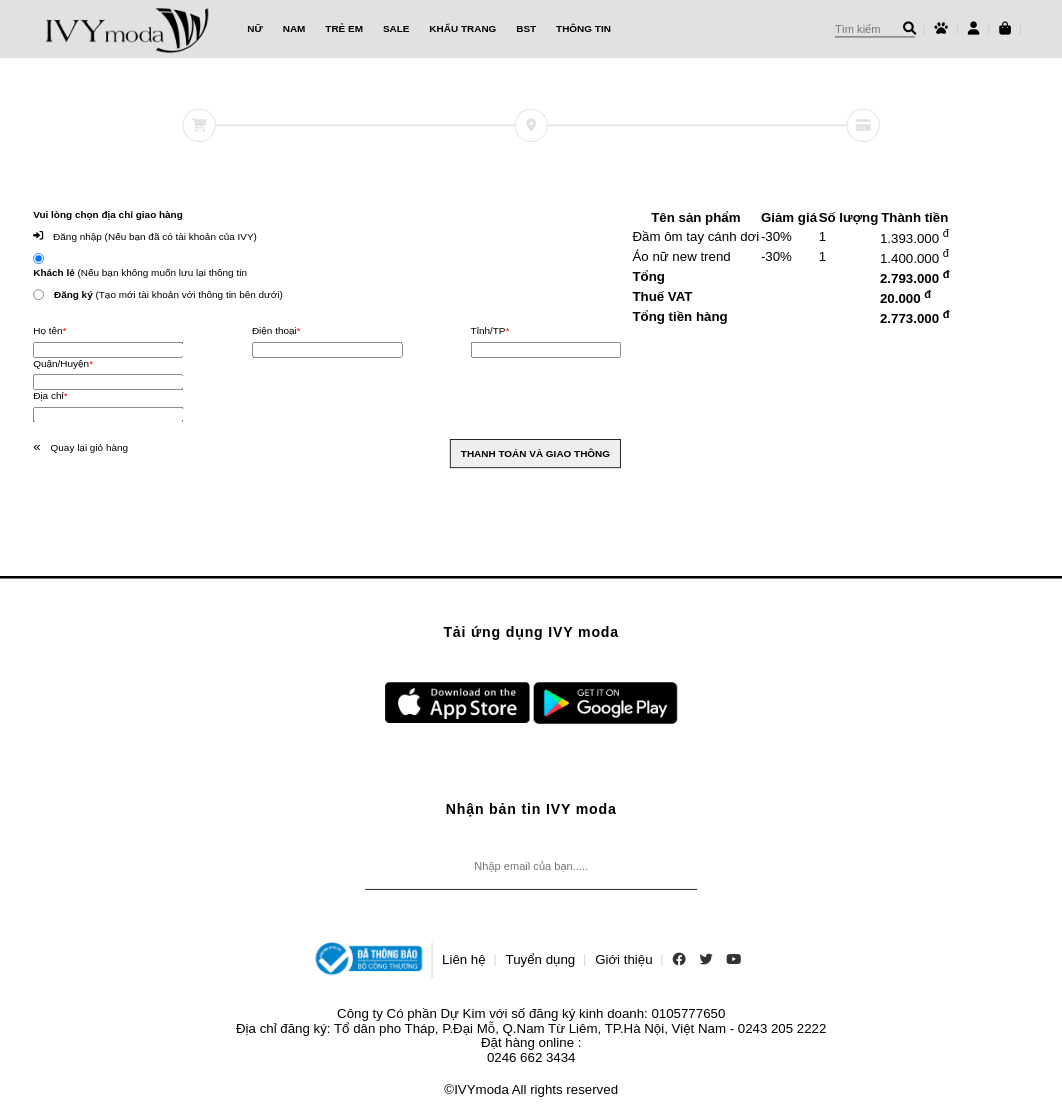
Repository: dinhvanbinh2310/ivy-moda
Page: delivery.html
These files come from the project's save history. The page is drawn as it stood at one moment and after the next save; the edit follows.
The browser window is 1280 px wide. The pictures show the whole page, at 83% of full size.

Above is the page before, as saved 2022-05-08 21:41:36.

After the next save:
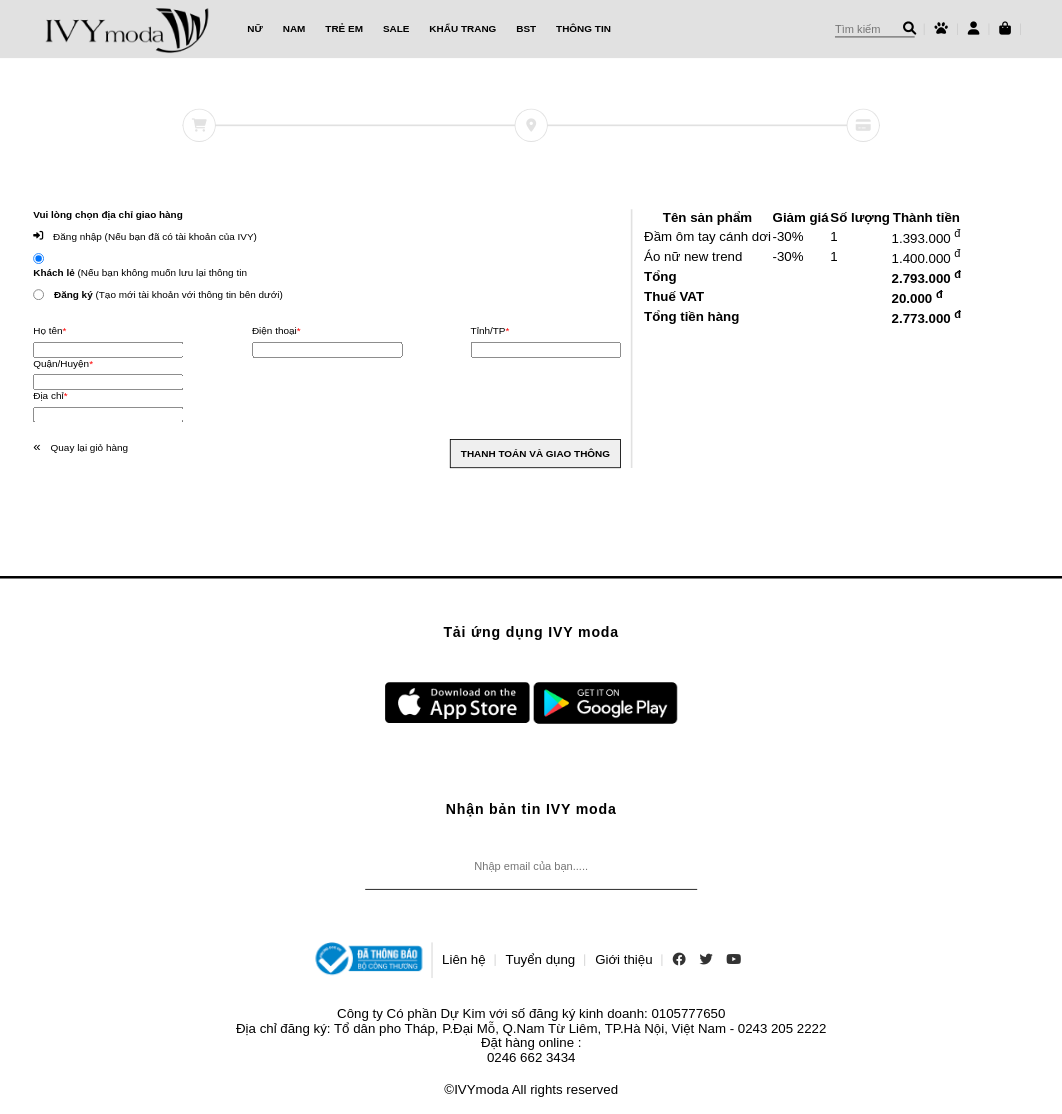
Saved 37 s later.
--- a/css/style.css
+++ b/css/style.css
@@ -809,4 +809,7 @@
 }
 .delivery-content-right{
   width: 40%;
-}
+  padding-left: 12px;
+  border-left: 2px solid #dddd;
+  height: auto;
+}
